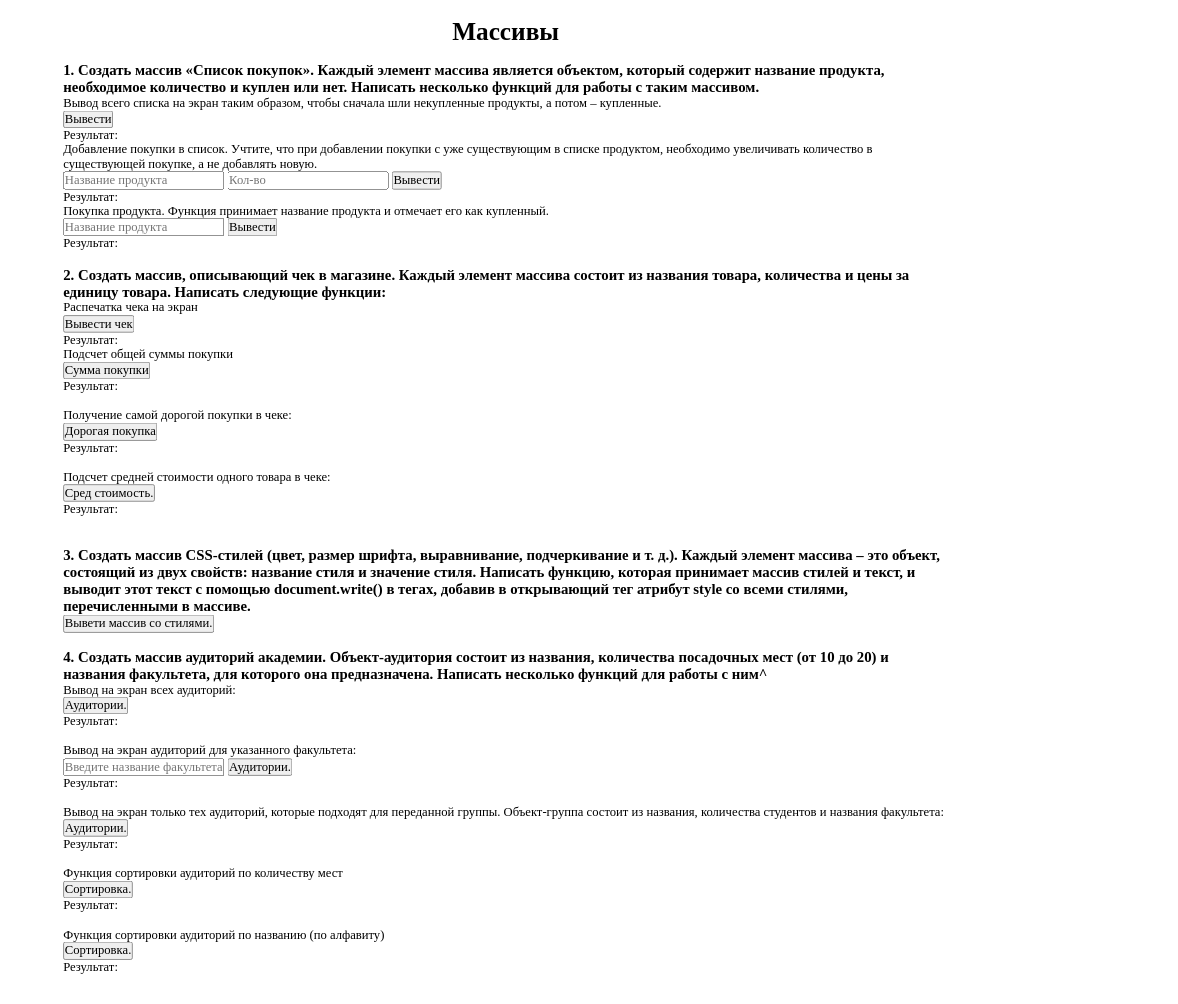
Repository: NastyaGavrilova/Beetroot-js
Page: HW5/index.html
An editor plug-in stored every save of this project. The page is shown before and after the next save, followed by the edit.
The browser window is 1280 px wide. The page is 1280 px wide, then 1491 px, then 1280 px, so the pictures cover 1491 px, including what lies to the right of the window. The pictures show the whole page, at 79% of full size.

Above is the page before, as saved 2021-10-23 14:46:41.

### HW5/index.html
<!DOCTYPE html>
<html lang="en">
  <head>
    <meta charset="UTF-8" />
    <meta http-equiv="X-UA-Compatible" content="IE=edge" />
    <meta name="viewport" content="width=device-width, initial-scale=1.0" />
    <link
      rel="stylesheet"
      href="https://cdnjs.cloudflare.com/ajax/libs/normalize/8.0.1/normalize.min.css"
      integrity="sha512-NhSC1YmyruXifcj/KFRWoC561YpHpc5Jtzgvbuzx5VozKpWvQ+4nXhPdFgmx8xqexRcpAglTj9sIBWINXa8x5w=="
      crossorigin="anonymous"
      referrerpolicy="no-referrer"
    />
    <link rel="stylesheet" href="./index.css" />
    <title>Arrays</title>
  </head>
  <body>
    <h1>Массивы</h1>
    <section class="c-task1">
      <div class="c-task1__wrapper">
        <h3 class="title">
          1. Создать массив «Список покупок». Каждый элемент массива является
          объектом, который содержит название продукта, необходимое количество и
          куплен или нет. Написать несколько функций для работы с таким
          массивом.
        </h3>
        <p class="paragraph">
          Вывод всего списка на экран таким образом, чтобы сначала шли
          некупленные продукты, а потом – купленные.
        </p>
        <button id="js-task1-btn1">Вывести</button>
        <p class="paragraph">Результат: <span id="js-task1-span1"></span></p>
        <p class="paragraph">
          Добавление покупки в список. Учтите, что при добавлении покупки с уже
          существующим в списке продуктом, необходимо увеличивать количество в
          существующей покупке, а не добавлять новую.
        </p>
        <form action="#" method="get">
          <input
            type="text"
            id="js-task1-input1"
            placeholder="Название продукта"
          />
          <input type="number" id="js-task1-input2" placeholder="Кол-во" />
          <button id="js-task1-btn2">Вывести</button>
        </form>
        <p class="paragraph">Результат: <span id="js-task1-span2"></span></p>
        <p class="paragraph">
          Покупка продукта. Функция принимает название продукта и отмечает его
          как купленный.
        </p>
        <form action="#" method="get">
          <input
            type="text"
            id="js-task1-input4"
            placeholder="Название продукта"
          />
          <button id="js-task1-btn3">Вывести</button>
        </form>
        <p class="paragraph">Результат: <span id="js-task1-span3"></span></p>
      </div>
    </section>
    <section class="c-task2">
      <div class="c-task2__wrapper">
        <h3 class="title">
          2. Создать массив, описывающий чек в магазине. Каждый элемент массива
          состоит из названия товара, количества и цены за единицу товара.
          Написать следующие функции:
        </h3>
        <p>Распечатка чека на экран</p>
        <button id="js-task2-btn1">Вывести чек</button>
        <p>
          Результат: <br />
          <span id="js-task2-span1"></span>
        </p>

        <p>Подсчет общей суммы покупки</p>
        <button id="js-task2-btn2">Сумма покупки</button>
        <p>
          Результат: <br />
          <span id="js-task2-span2"></span><br />
        </p>
        <p>Получение самой дорогой покупки в чеке:</p>
        <button id="js-task2-btn3">Дорогая покупка</button>
        <p>
          Результат: <br />
          <span id="js-task2-span3"></span><br />
        </p>
        <p>Подсчет средней стоимости одного товара в чеке:</p>
        <button id="js-task2-btn4">Сред стоимость.</button>
        <p>
          Результат: <br />
          <span id="js-task2-span4"></span><br />
        </p>
      </div>
    </section>
    <section class="c-task3">
      <div class="c-task3__wrapper">
        <h3 class="title">
          3. Создать массив CSS-стилей (цвет, размер шрифта, выравнивание,
          подчеркивание и т. д.). Каждый элемент массива – это объект, состоящий
          из двух свойств: название стиля и значение стиля. Написать функцию,
          которая принимает массив стилей и текст, и выводит этот текст с
          помощью document.write() в тегах, добавив в открывающий тег атрибут
          style со всеми стилями, перечисленными в массиве.
        </h3>
        <button id="js-task3-btn">Вывети массив со стилями.</button>
      </div>
    </section>
    <section class="c-task4">
      <div class="c-task4__wrapper">
        <h3 class="title">
          4. Создать массив аудиторий академии. Объект-аудитория состоит из
          названия, количества посадочных мест (от 10 до 20) и названия
          факультета, для которого она предназначена. Написать несколько функций
          для работы с ним^
        </h3>
        <p>Вывод на экран всех аудиторий:</p>
        <button id="js-task4-btn1">Аудитории.</button>
        <p>
          Результат: <br />
          <span id="js-task4-span1"></span><br />
        </p>
        <p>Вывод на экран аудиторий для указанного факультета:</p>
        <form action="#" method="get">
          <input
            type="text"
            id="js-task4-input1"
            placeholder="Введите название факультета"
          />
          <button id="js-task4-btn2">Аудитории.</button>
        </form>
        <p>
          Результат: <br />
          <span id="js-task4-span2"></span><br />
        </p>

        <p>
          Вывод на экран только тех аудиторий, которые подходят для переданной
          группы. Объект-группа состоит из названия, количества студентов и
          названия факультета:
        </p>
        <button id="js-task4-btn3">Аудитории.</button>
        <p>
          Результат: <br />
          <span id="js-task4-span3"></span><br />
        </p>
        <p>Функция сортировки аудиторий по количеству мест</p>
        <button id="js-task4-btn4">Сортировка.</button>
        <p>
          Результат: <br />
          <span id="js-task4-span4"></span><br />
        </p>
        <p>Функция сортировки аудиторий по названию (по алфавиту)</p>
        <button id="js-task4-btn5">Сортировка.</button>
        <p>
          Результат: <br />
          <span id="js-task4-span5"></span><br />
        </p>
      </div>
    </section>
    <script src="index.js"></script>
  </body>
</html>

### HW5/index.css
* {
  box-sizing: border-box;
  padding: 0;
  margin: 0;
}
body {
  max-width: 1200px;
  margin: 0 auto;
}
h1 {
  text-align: center;
  margin-bottom: 20px;
}

section {
  padding: 0 40px 20px 40px;
}

### HW5/index.js
// task 1

class Product {
  constructor(params = {}) {
    Object.assign(
      this,
      {
        nameOfProduct: null,
        amount: 1,
        bought: false,
      },
      { ...params }
    );
  }
  // словие сортировки для метода sort
  static sortDefault(a, b) {
    return (
      (a.bought - b.bought) * 10 +
      a.nameOfProduct.localeCompare(b.nameOfProduct)
    );
  }
  // метод для вывода списка
  static showProduct(a) {
    return ` ${a.nameOfProduct} (x${a.amount}) ${
      a.bought ? "куплено" : "не куплено"
    }`;
  }
}
// масив обьектов продуктов
let shopList = [
  { nameOfProduct: "Банан", amount: 2 },
  { nameOfProduct: "Апельсин", amount: 5, bought: true },
  { nameOfProduct: "Молоко", bought: true },
  { nameOfProduct: "Груша", amount: 10 },
].map((prodDef) => new Product(prodDef));

// добавление покупки
let addToShopList = (prodDef) => {
  // при добавлении покупки с уже существующим в списке продуктом, необходимо увеличивать количество в существующей покупке, а не добавлять новую
  let prod = shopList.find(
    (prod) => prod.nameOfProduct === prodDef.nameOfProduct
  );
  if (!prod) return shopList.push(new Product(prodDef));
  prod.amount += prodDef.amount;
};
// функция куаленного продукта
let boughtProduct = (product) => {
  // при вводе существующего продукта его статус меняеться на "куплено"
  let prod = shopList.find(
    (prod) => prod.nameOfProduct === product.nameOfProduct
  );
  if (!prod.bought) return (prod.bought += true);
};
// кнопка для функции сортировки и вівода
let btn1 = document.getElementById("js-task1-btn1");
btn1.addEventListener("click", (e) => {
  e.preventDefault();
  let showSortByBought = document.getElementById("js-task1-span1");
  shopList.sort(Product.sortDefault);
  return (showSortByBought.innerHTML = shopList.map(Product.showProduct));
});
// кнопка для добавления сортировки и вівода
let btn1_2 = document.getElementById("js-task1-btn2");
btn1_2.addEventListener("click", (e) => {
  e.preventDefault();
  let showAddProduct = document.getElementById("js-task1-span2");
  let nameProd = document.getElementById("js-task1-input1");
  let amountProd = document.getElementById("js-task1-input2");
  addToShopList({
    _nameOfProduct: nameProd.value,
    get nameOfProduct() {
      return this._nameOfProduct;
    },
    set nameOfProduct(value) {
      this._nameOfProduct = value;
    },
    amount: +amountProd.value,
  });
  shopList.sort(Product.sortDefault);
  return (showAddProduct.innerHTML = shopList.map(Product.showProduct));
});
// кнопка для изменения статуса продукта, сортировки и вівода
let btn1_3 = document.getElementById("js-task1-btn3");
btn1_3.addEventListener("click", (e) => {
  let showBoughtPoduct = document.getElementById("js-task1-span3");
  let nameProduct = document.getElementById("js-task1-input4");
  boughtProduct({ nameOfProduct: nameProduct.value });
  shopList.sort(Product.sortDefault);
  return (showBoughtPoduct.innerHTML = shopList.map(Product.showProduct));
});

// task 2

class ShopCheck {
  constructor(params = {}) {
    Object.assign(
      this,
      {
        nameShopProduct: null,
        price: 1,
        amount: 1,
      },
      { ...params }
    );
  }
  // сортировка сначала дорогие продуты
  static sortExpensive(a, b) {
    if (a.amount * a.price < b.amount * b.price) {
      return 1;
    }
    if (a.amount * a.price > b.amount * b.price) {
      return -1;
    }
    return 0;
  }
}
let shopCheck = [
  {
    nameOfProduct: "Зубная паста",
    price: 30,
  },
  {
    nameOfProduct: "Бананы",
    price: 10,
    amount: 20,
  },
  {
    nameOfProduct: "Губки (упаковка)",
    price: 30,
    amount: 4,
  },
  {
    nameOfProduct: "Капуста",
    price: 90,
    amount: 2,
  },
  {
    nameOfProduct: "Кастрюля",
    price: 150,
    amount: 1,
  },
].map((prodDef) => new ShopCheck(prodDef));

// переобразование метода toString()
ShopCheck.prototype.toString = function checkToString() {
  return `${this.nameOfProduct} (x${this.amount}), цена ${this.price}грн за 1 ед.`;
};
// функция вывода массива обьектов
let showCheckList = (spanEl) => {
  let str = " ";
  for (let i = 0; i < shopCheck.length; i++) {
    if (shopCheck[i] !== undefined)
      str += i + " - " + shopCheck[i].toString() + "<br>";
  }
  return (spanEl.innerHTML = str);
};
// функция подсчета общей суммы покупок
let sumCheck = (arr) => {
  let result = 0;
  const initialValue = 0;
  result = arr.reduce(function (accumulator, currentValue) {
    return accumulator + currentValue.price * currentValue.amount;
  }, initialValue);
  return result;
};

// функция подсчета средней стоимости товара в чеке
let mediumPriceInChek = (arr) => {
  let result = 0;
  result = sumCheck(arr) / arr.length;
  return result;
};

let btn2 = document.getElementById("js-task2-btn1");
btn2.addEventListener("click", (e) => {
  e.preventDefault();
  let outputShopCheck = document.getElementById("js-task2-span1");
  showCheckList(outputShopCheck);
});

let btn2_1 = document.getElementById("js-task2-btn2");
btn2_1.addEventListener("click", (e) => {
  e.preventDefault();
  let outputSumCheck = document.getElementById("js-task2-span2");
  outputSumCheck.innerHTML = sumCheck(shopCheck) + " грн";
});

let btn2_3 = document.getElementById("js-task2-btn3");
btn2_3.addEventListener("click", (e) => {
  e.preventDefault();
  let outputExpensiveProd = document.getElementById("js-task2-span3");
  shopCheck.sort(ShopCheck.sortExpensive);
  outputExpensiveProd.innerHTML = shopCheck[0].toString();
});

let btn2_4 = document.getElementById("js-task2-btn4");
btn2_4.addEventListener("click", (e) => {
  e.preventDefault();
  let outputAvgPrice = document.getElementById("js-task2-span4");
  outputAvgPrice.innerHTML = mediumPriceInChek(shopCheck) + " грн";
});

// task3

let styles = [
  {
    color: "palevioletred",
    "font-weight": "bold",
    padding: "10px",
    border: "4px double #E800FD",
    text: "Lorem ipsum dolor sit amet consectetur adipisicing elit. Sed, dolorem. Nam, dignissimos alias laborum, minima doloremque repudiandae nostrum est ea ipsa atque similique voluptate voluptates blanditiis vero! Molestiae, similique iusto.",
  },
  {
    color: "blue",
    "font-weight": "bold",
    padding: "10px",
    border: "4px solid #1E2A9F",
    text: "Lorem ipsum dolor sit amet consectetur adipisicing elit. Sed, dolorem. Nam, dignissimos alias laborum, minima doloremque repudiandae nostrum est ea ipsa atque similique voluptate voluptates blanditiis vero! Molestiae, similique iusto.",
  },
];

function newContentStyles() {
  styles.forEach((item) => {
    document.write(
      `<p style = "color: ${item.color}; font-weight: ${item["font-weight"]}; padding: ${item["padding"]}; border: ${item.border}">${item.text}</p> `
    );
  });
}
let btn3 = document.getElementById("js-task3-btn");
btn3.addEventListener("click", (e) => {
  e.preventDefault();
  newContentStyles();
});

// task 4

class Audiences {
  constructor(params = {}) {
    Object.assign(
      this,
      {
        name: null,
        seats: 1,
        faculty: null,
      },
      { ...params }
    );
  }

  static sortBySeats(a, b) {
    if (a.seats < b.seats) {
      return 1;
    }
    if (a.seats > b.seats) {
      return -1;
    }
    return 0;
  }
}
Audiences.prototype.toString = function checkToString() {
  return `${this.name} (x${this.seats}), Факультет ${this.faculty} `;
};

let audincesList = [
  {
    name: "Первая",
    seats: 230,
    faculty: "Компьютерных технологий",
  },
  {
    name: "Вторая",
    seats: 135,
    faculty: "Филологии",
  },
  {
    name: "Третья",
    seats: 97,
    faculty: "Экономики",
  },
  {
    name: "Четвертая",
    seats: 188,
    faculty: "Компьютерных технологий",
  },
  {
    name: "Пятая",
    seats: 104,
    faculty: "Архитектуры",
  },
].map((prodDef) => new Audiences(prodDef));

let showAudiences = (arr, spanEl) => {
  let str = " ";
  for (let i = 0; i < arr.length; i++) {
    if (arr[i] !== undefined) str += i + " - " + arr[i].toString() + "<br>";
  }
  return (spanEl.innerHTML = str);
};

let showAudiencesByFaculty = (arr, faculty, spanEl) => {
  let str = " ";
  for (let i = 0; i < arr.length; i++) {
    if (arr[i].faculty === faculty) {
      str += i + " - " + arr[i].toString() + "<br>";
    }
  }
  return (spanEl.innerHTML = str);
};

let group = {
  name: "Инженерия программного обеспечения",
  students: 60,
  faculty: "Компьютерных технологий",
};

let findAudiencesForGroup = (arr, obj, spanEl) => {
  for (let i = 0; i < arr.length; i++) {
    if (arr[i].seats === obj.students || arr[i].seats > group.students) {
      return (spanEl.innerHTML = ` ${arr[i].name} подходит для группы ${group.name} !`);
    }
  }
};

let btn4 = document.getElementById("js-task4-btn1");
btn4.addEventListener("click", (e) => {
  e.preventDefault();
  let audiencesShow = document.getElementById("js-task4-span1");
  showAudiences(audincesList, audiencesShow);
});

let btn4_1 = document.getElementById("js-task4-btn2");
btn4_1.addEventListener("click", (e) => {
  e.preventDefault();
  let audienceShow1 = document.getElementById("js-task4-span2");
  let facultyName = document.getElementById("js-task4-input1");
  showAudiencesByFaculty(audincesList, facultyName.value, audienceShow1);
});

let btn4_2 = document.getElementById("js-task4-btn3");
btn4_2.addEventListener("click", (e) => {
  e.preventDefault();
  let audiencesShow2 = document.getElementById("js-task4-span3");
  findAudiencesForGroup(audincesList, group, audiencesShow2);
});

let btn4_3 = document.getElementById("js-task4-btn4");
btn4_3.addEventListener("click", (e) => {
  e.preventDefault();
  let sortAudiencesBySeats = document.getElementById("js-task4-span4");
  audincesList.sort(Audiences.sortBySeats);
  showAudiences(audincesList, sortAudiencesBySeats);
});

let btn4_4 = document.getElementById("js-task4-btn5");
btn4_4.addEventListener("click", (e) => {
  e.preventDefault();
  let sortByAlphabit = document.getElementById("js-task4-span5");
  audincesList.sort();
  showAudiences(audincesList, sortByAlphabit);
});

After the next save:
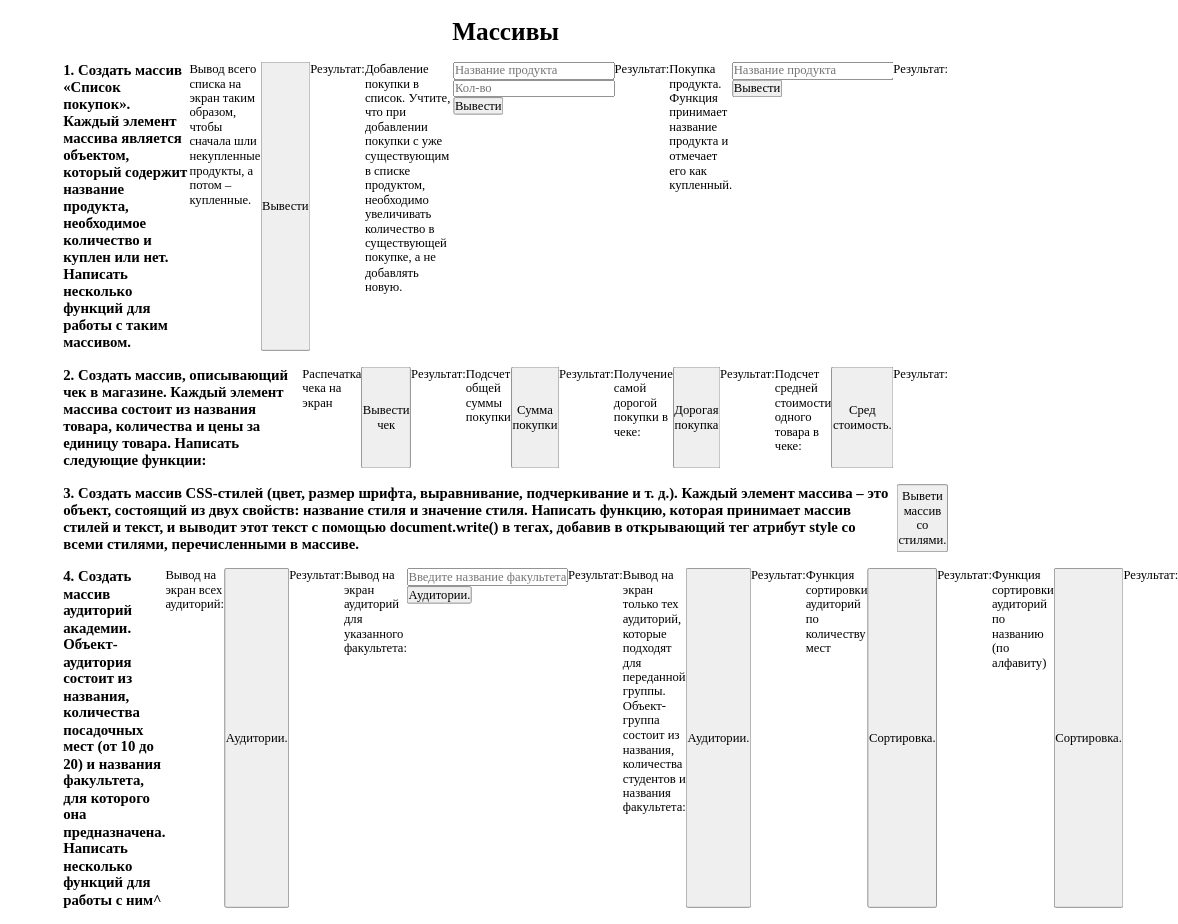
Saved 35 s later.
--- a/HW5/index.css
+++ b/HW5/index.css
@@ -15,3 +15,7 @@ h1 {
 section {
   padding: 0 40px 20px 40px;
 }
+
+div {
+  display: flex;
+}

After the save that followed:
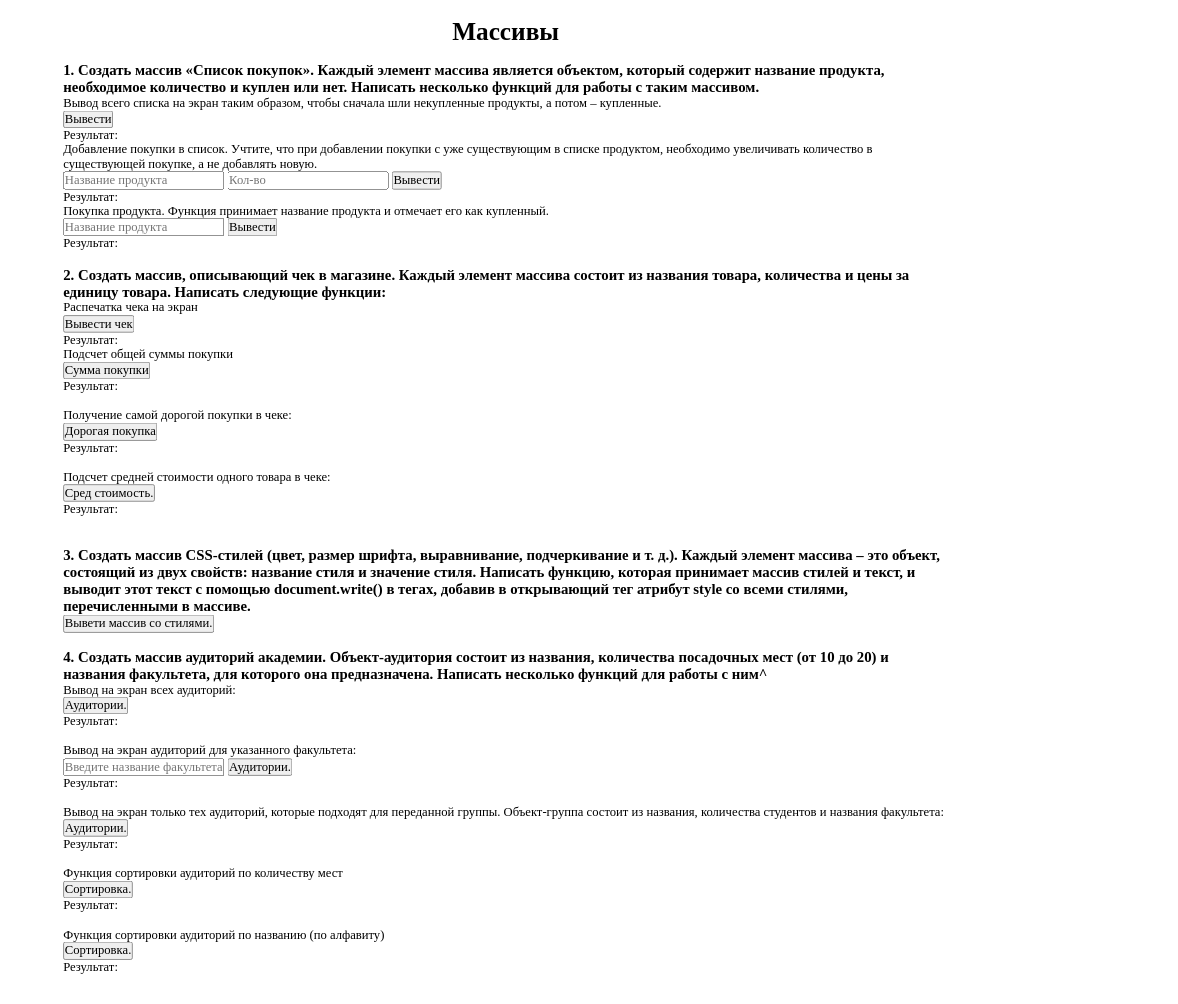
Saved 37 s later.
--- a/HW5/index.css
+++ b/HW5/index.css
@@ -15,7 +15,3 @@ h1 {
 section {
   padding: 0 40px 20px 40px;
 }
-
-div {
-  display: flex;
-}
